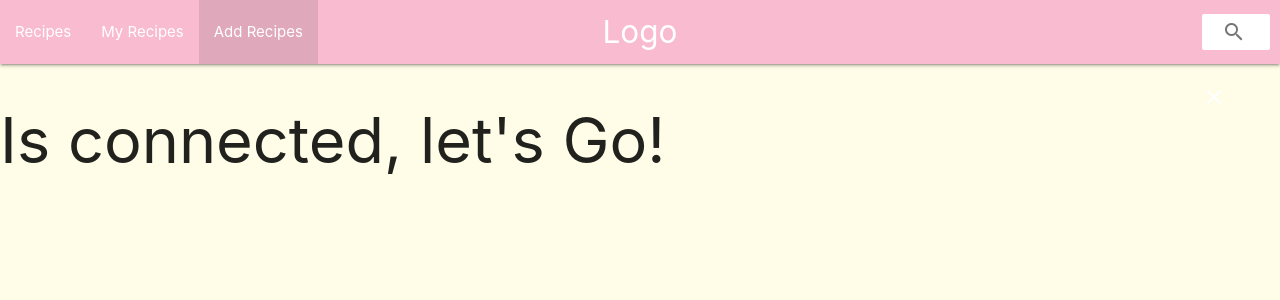
Repository: pazcm/cook-book
Page: http://localhost/
The author's editor kept a record of every edit. The page is drawn from the files as they stood at one moment, then again after the next edit.
The browser window is 1280 px wide. The pictures show the whole page.
Some web libraries are served in a nearby version. The page is served by the project's application, run on Flask 3 (app.py). Queries for data that is not in the repository find no rows.

Above is the page before.

After the next edit:
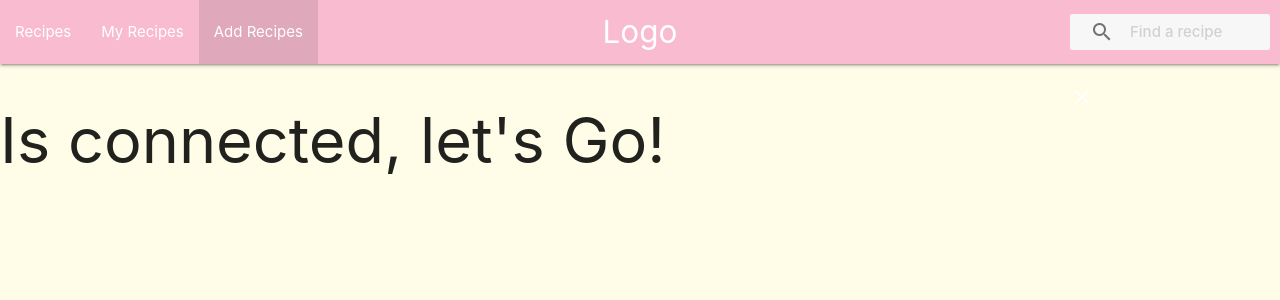
The edit:
--- a/static/css/style.css
+++ b/static/css/style.css
@@ -19,6 +19,15 @@
     width: 1px;
     margin-right: 0;
     padding: 10px 25px;
+
+    font-weight: 500;
+  color: rgba(0, 0, 0, 0.54);
+  border-radius: 2px;
+  border: 0;
+  height: 36px;
+
+  background: #f7f7f7;
+  transition: background 0.2s, width .2s;
   }
 
   .search-icon {
